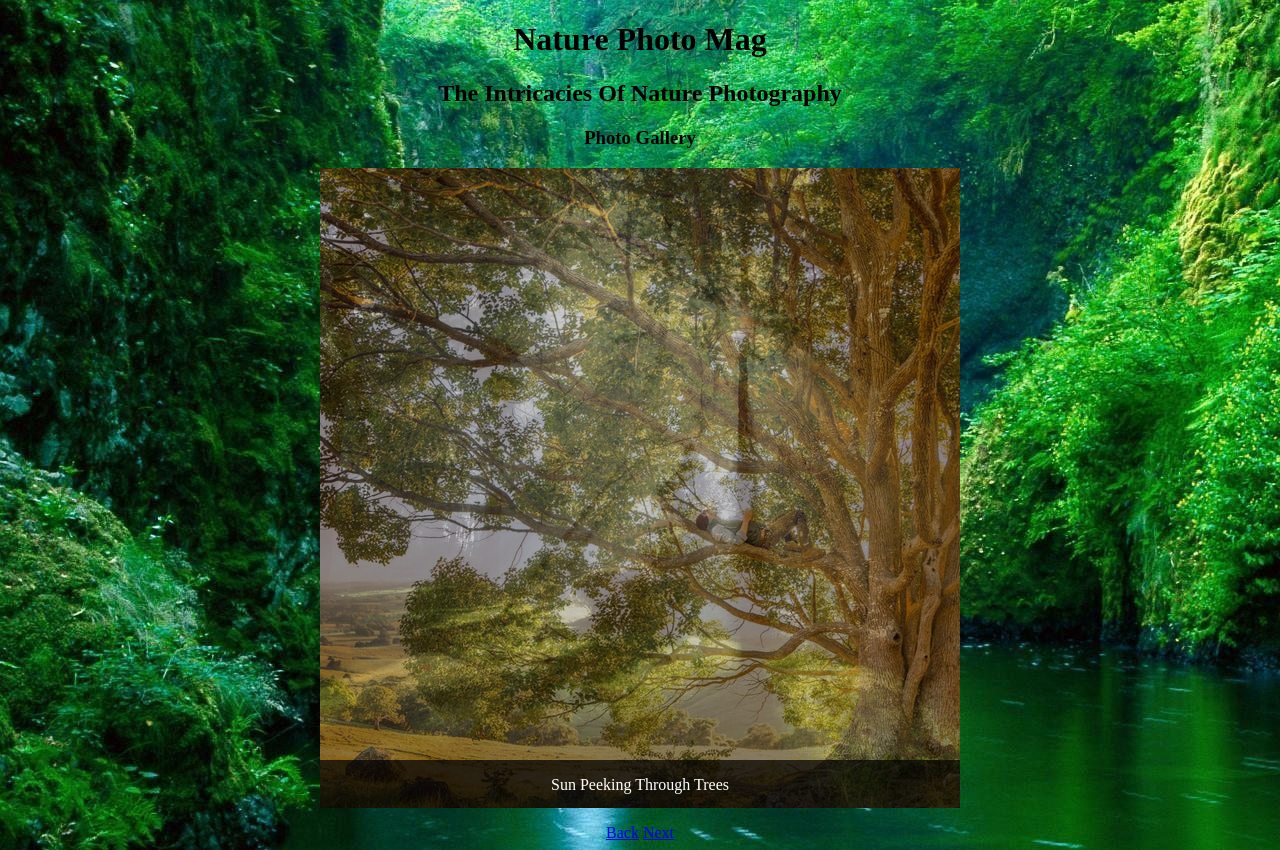
Repository: alexmaddux99/Image-Gallery
Page: index.html
An editor plug-in stored every save of this project. The page is shown before and after the next save, followed by the edit.
The browser window is 1280 px wide. The pictures show the whole page.
Backgrounds fixed to the window are drawn as part of the page.

Above is the page before, as saved 2022-03-08 16:33:27.
Console error: TypeError: Assignment to constant variable.

After the next save:
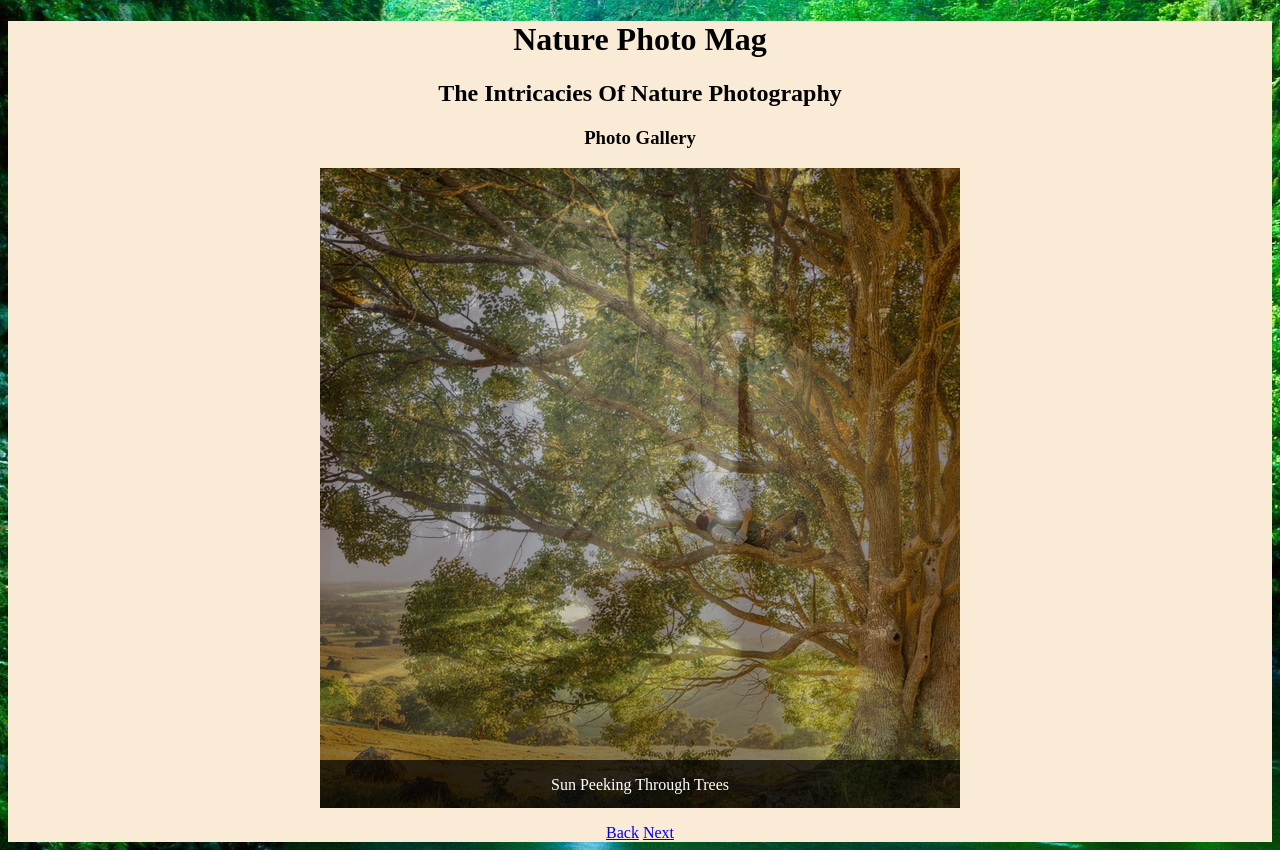
Saved 61 s later.
--- a/css/main.css
+++ b/css/main.css
@@ -62,3 +62,7 @@ section {
 .controls {
   display: none;
 }
+
+.content{
+  background-color: antiquewhite;
+}

After the save that followed:
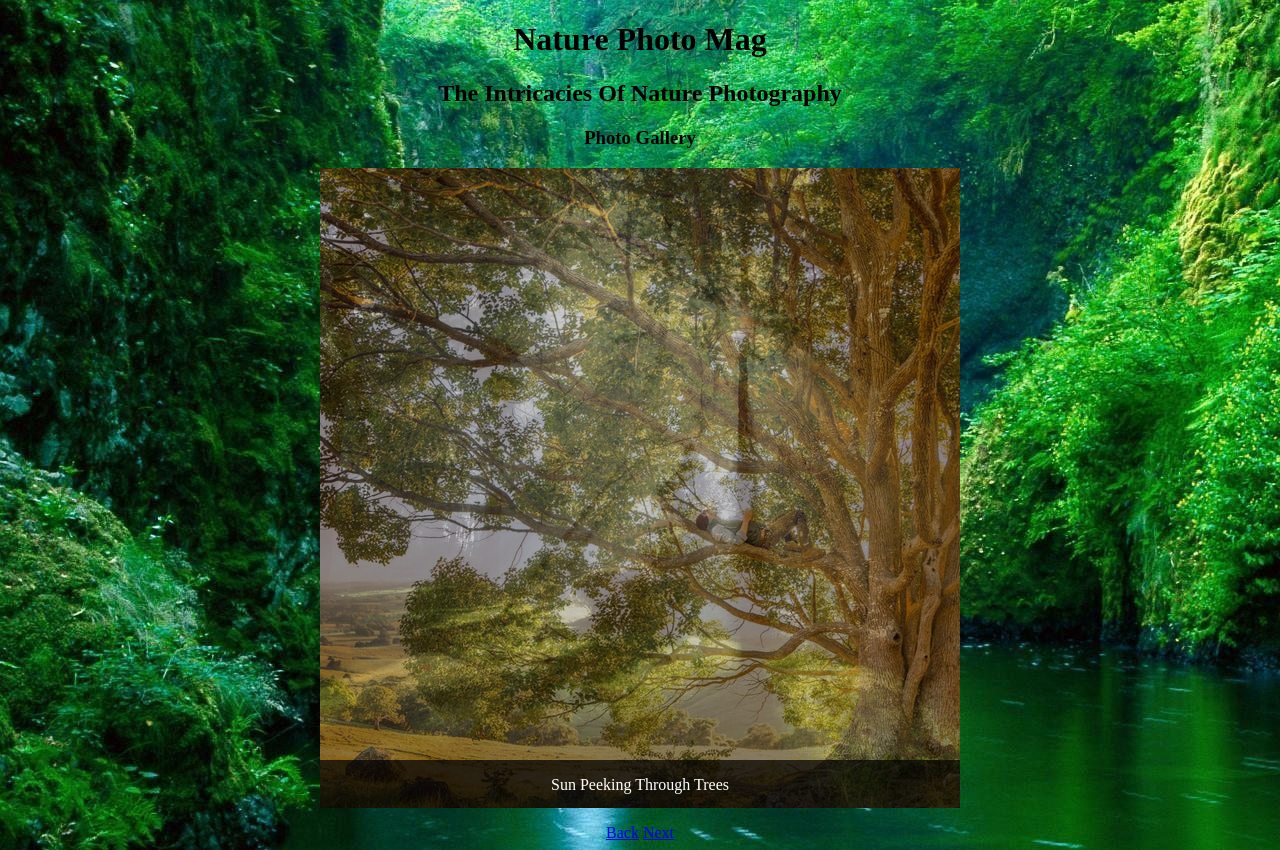
Saved 8 s later.
--- a/css/main.css
+++ b/css/main.css
@@ -64,5 +64,5 @@ section {
 }
 
 .content{
-  background-color: antiquewhite;
+  background-color: ;
 }
